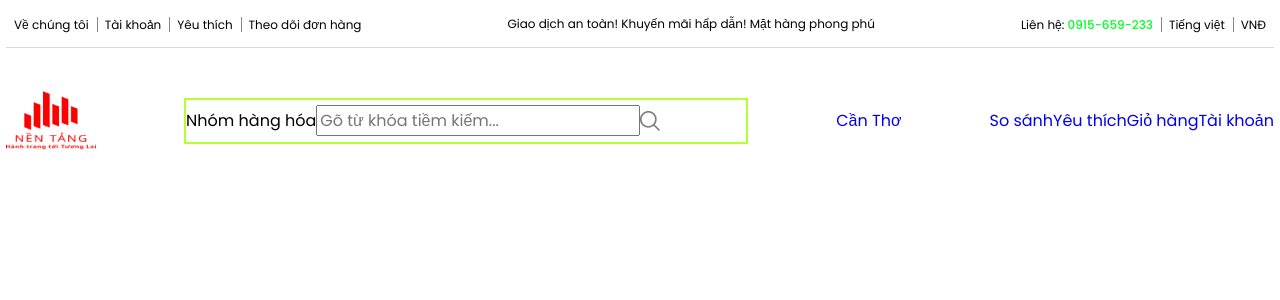
Repository: DucNghia2004/project_pro_01
Page: index.html
An editor plug-in stored every save of this project. The page is shown before and after a run of saves, followed by the edit.
The browser window is 1280 px wide. The pictures show the whole page.

Above is the page before, as saved 2024-05-30 21:26:16.

### index.html
<!DOCTYPE html>
<html lang="en">
    <head>
        <meta charset="UTF-8" />
        <meta name="viewport" content="width=device-width, initial-scale=1.0" />
        <title>Document</title>
        <!-- Reset CSS -->
        <link rel="stylesheet" href="./assets/css/resets.css" />

        <!-- Embed font -->
        <link rel="preconnect" href="https://fonts.googleapis.com" />
        <link rel="preconnect" href="https://fonts.gstatic.com" crossorigin />
        <link
            href="https://fonts.googleapis.com/css2?family=Poppins:ital,wght@0,100;0,200;0,300;0,400;0,500;0,600;0,700;0,800;0,900;1,100;1,200;1,300;1,400;1,500;1,600;1,700;1,800;1,900&display=swap"
            rel="stylesheet"
        />

        <!-- Styles CSS -->
        <link rel="stylesheet" href="./assets/css/styles.css" />
    </head>
    <body>
        <!-- Info_header -->
        <div class="info">
            <div class="container">
                <div class="info-info">
                    <div class="info-header">
                        <ul class="info__list">
                            <li class="info__item">
                                <a href="#!" class="info__link">Về chúng tôi</a>
                            </li>
                            <li class="info__item">
                                <a href="#!" class="info__link">Tài khoản</a>
                            </li>
                            <li class="info__item">
                                <a href="#!" class="info__link">Yêu thích</a>
                            </li>
                            <li class="info__item">
                                <a href="#!" class="info__link"
                                    >Theo dõi đơn hàng</a
                                >
                            </li>
                        </ul>
                    </div>
                    <div class="info-product">
                        <p class="indo-product__desc">
                            Giao dịch an toàn! Khuyến mãi hấp dẫn! Mặt hàng
                            phong phú
                        </p>
                    </div>
                    <div class="info-contact">
                        <ul class="info-contact__list">
                            <li class="info-contact__item">
                                <a href="#!" class="info-contact__link">
                                    Liên hệ:
                                    <strong class="info__tell"
                                        >0915-659-233</strong
                                    >
                                </a>
                            </li>
                            <li class="info-contact__item">
                                <a href="#!" class="info-contact__link"
                                    >Tiếng việt</a
                                >
                            </li>
                            <li class="info-contact__item">
                                <a href="#!" class="info-contact__link">VNĐ</a>
                            </li>
                        </ul>
                    </div>
                </div>
            </div>
        </div>

        <!-- Info_middle -->
        <div class="info-middle">
            <div class="container">
                <div class="info__inner">
                    <img
                        src="./shop_organic/shop_organic/theme/logo.jpg"
                        alt=""
                        class="info__logo"
                    />
                    <form action="" class="search-form">
                        <p class="search-form__desc">Nhóm hàng hóa</p>
                        <input
                            type="search"
                            name=""
                            id=""
                            class="search-form__input"
                            placeholder="Gõ từ khóa tiềm kiếm..."
                        />

                        <img
                            src="./shop_organic/shop_organic/theme/icons/search.png"
                            alt=""
                            class="search-from__icon"
                        />
                    </form>
                    <div class="info-cta__wrap">
                        <a href="#!" class="info__btn">Cần Thơ</a>
                    </div>
                    <div class="info-consumers">
                        <ul class="info-consumer__list">
                            <li class="info-consumer__litem">
                                <a href="#!" class="info-consumer__link">
                                    So sánh
                                </a>
                            </li>
                            <li class="info-consumer__litem">
                                <a href="#!" class="info-consumer__link">
                                    Yêu thích
                                </a>
                            </li>
                            <li class="info-consumer__litem">
                                <a href="#!" class="info-consumer__link">
                                    Giỏ hàng
                                </a>
                            </li>
                            <li class="info-consumer__litem">
                                <a href="#!" class="info-consumer__link">
                                    Tài khoản
                                </a>
                            </li>
                        </ul>
                    </div>
                </div>
            </div>
        </div>
    </body>
</html>

### assets/css/styles.css
* {
    box-sizing: border-box;
}

html {
    font-size: 62.5%;
}

body {
    font-size: 1.6rem;
    font-family: "Poppins", sans-serif;
}

input,
textarea,
select,
button {
    font-size: inherit;
    font-family: inherit;
}

.container {
    width: 100%;
    max-width: calc(100% - 12px);
    margin: 0 auto;
}

/* Comon */
a {
    text-decoration: none;
}

/* Info-header */
.info-info {
    position: relative;
}

.info-info::after {
    content: "";
    position: absolute;
    display: inline-block;
    left: 0;
    bottom: 0;
    width: 100%;
    height: 1px;
    background-color: rgba(0, 0, 0, 0.144);
}

.info-info {
    display: flex;
    align-items: center;
    justify-content: space-between;
    padding: 16px 0;
}

.info__list {
    display: flex;
}

.info__link {
    position: relative;
    padding: 4px 8px;
    color: black;
    font-size: 1.2rem;
}

.info__link:hover {
    text-shadow: 1px 0 0 black;
    color: black;
}

.info__link::before {
    position: absolute;
    content: "";
    display: inline-block;
    height: 15px;
    width: 1px;
    top: 5px;
    left: 0;
    background-color: rgba(0, 0, 0, 0.467);
}

.indo-product__desc {
    font-size: 1.2rem;
    color: black;
}

.info-contact__list {
    display: flex;
}

.info-contact__link {
    position: relative;
    padding: 4px 8px;
    color: black;
    font-size: 1.2rem;
}

.info-contact__link::before {
    position: absolute;
    content: "";
    display: inline-block;
    height: 15px;
    width: 1px;
    top: 5px;
    left: 0;
    background-color: rgba(0, 0, 0, 0.467);
}

.info-contact__list
    .info-contact__item:first-child
    .info-contact__link::before {
    display: none;
}

.info__list .info__item:first-child .info__link::before {
    display: none;
}

.info__tell {
    color: rgb(0, 255, 34);
    font-weight: 500;
}

/* Info middle */
.info-middle {
    padding: 40px 0;
}

.info__inner {
    display: flex;
    align-items: center;
    justify-content: space-between;
}

.info__logo {
    width: 90px;
    height: 65px;
}

.search-form {
    display: flex;
    align-items: center;
    width: 564px;
    height: 46px;
    border: 2px solid rgb(179, 255, 47);
}

.info-consumer__list {
    display: flex;
}

Loaded but not shown: assets/css/resets.css (common file)

After the next 2 saves:
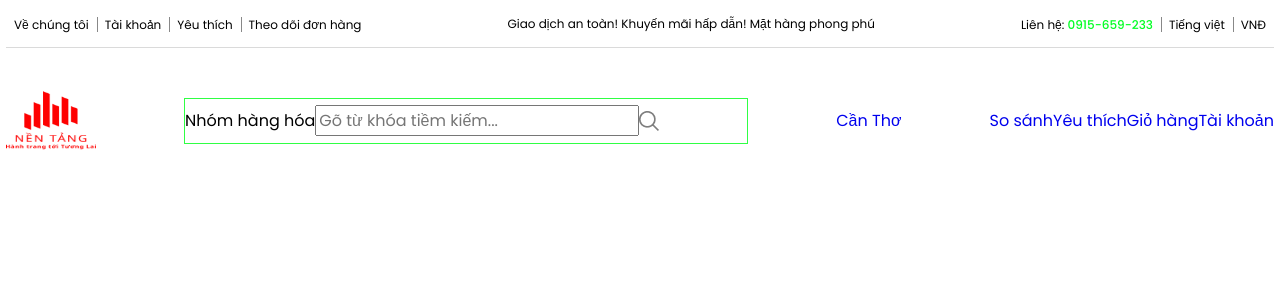
The 2 saves are shown as one change because they came seconds apart.
The last was saved 8 s later.
--- a/assets/css/styles.css
+++ b/assets/css/styles.css
@@ -143,7 +143,7 @@ a {
     align-items: center;
     width: 564px;
     height: 46px;
-    border: 2px solid rgb(179, 255, 47);
+    border: 1px solid rgb(47, 255, 68);
 }
 
 .info-consumer__list {
